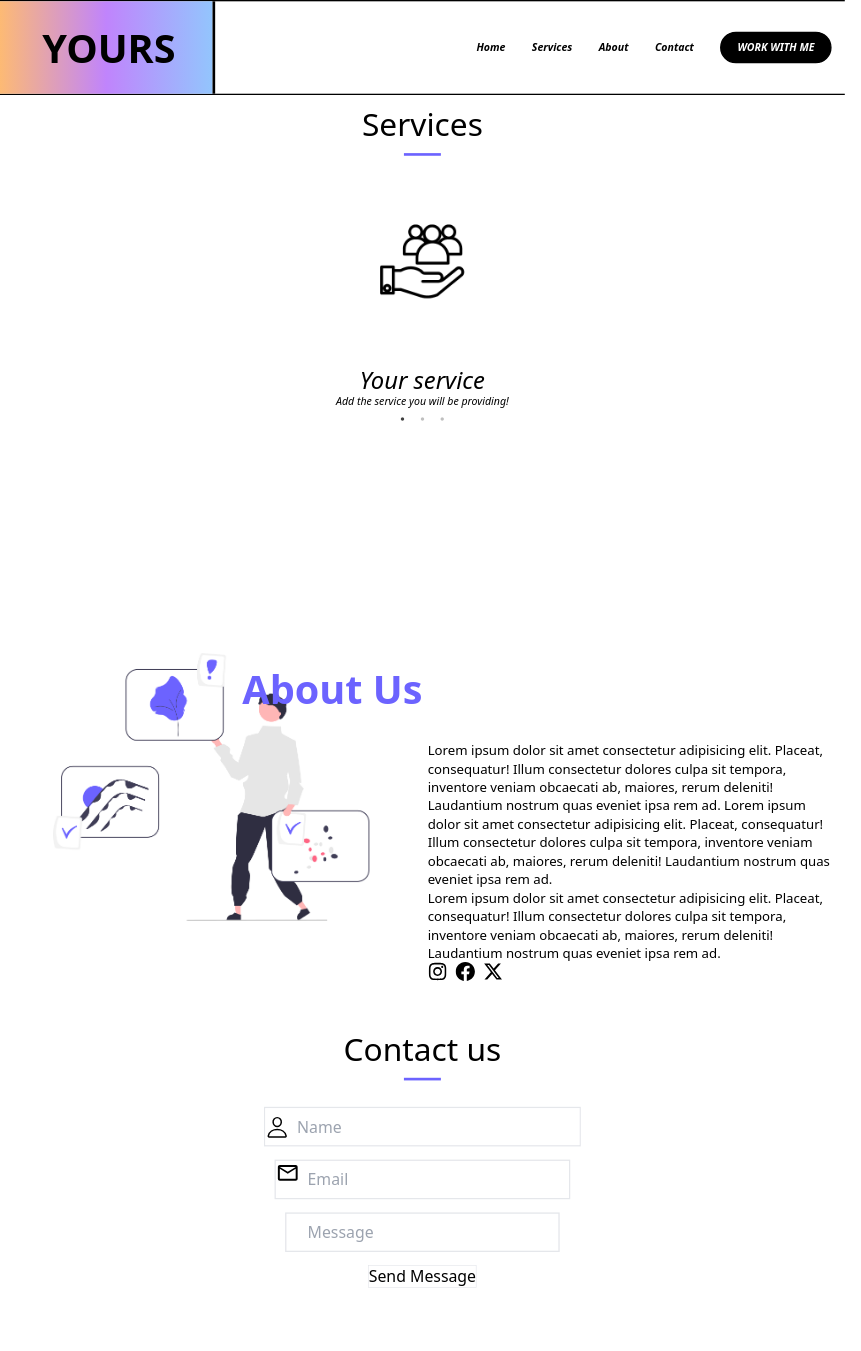
Repository: Al123Kudayyd/eportfolio
Page: /
An editor plug-in stored every save of this project. The page is shown before and after the next save, followed by the edit.
The browser window is 1280 px wide. The page is 1305 px wide, so the pictures cover 1305 px, including what lies to the right of the window. The pictures show the whole page, at 66% of full size.
The project was rebuilt for these pictures with package versions that can differ from the ones it lists, and the page was loaded fresh each time. Also part of the build but not shown: src/components/AboutService.jsx.

Above is the page before, as saved 2024-02-27 11:13:12.

### src/App.js
import logo from './logo.svg';
import './App.css';
import Nav from './components/Nav';
import Services from './components/Services';
import About from './components/About';
import Contact from './components/Contact';

function App() {
  return (
    <div className="App">
      <Nav />
      <Services />
      <About />
      <Contact />
    </div>
  );
}

export default App;

### src/components/Nav.jsx
import React from 'react'

function Nav() {
  return (
    <div className=' border-y-2 border-black sticky top-0 z-10'>
        <div className='flex justify-between'>
            <h1 className='font-bold py-10 pl-16 lg:text-6xl text-4xl border-r-4 pr-14 border-black bg-gradient-to-r from-orange-300 via-purple-400 to-blue-300'>YOURS</h1>
            <ul className='italic hidden lg:flex justify-center items-center space-x-10 cursor-pointer mx-5 text-md font-semibold transp'>
                <li className='hover:text-gray-500 transition-all duration-300 '>Home</li>
                <li className='hover:text-gray-500 transition-all duration-300'>Services</li>
                <li className='hover:text-gray-500 transition-all duration-300'>About</li>
                <li className='hover:text-gray-500 transition-all duration-300'>Contact</li>
                <li className='bg-black text-white px-6 py-[10px] border-2 border-black hover:bg-white rounded-3xl
                hover:text-black transition-all duration-300'>
                    WORK WITH ME
                </li>
            </ul>
        </div>
    </div>
  )
}

export default Nav

### src/components/Services.jsx
import React from 'react'
import "slick-carousel/slick/slick.css";
import "slick-carousel/slick/slick-theme.css";
import Slider from "react-slick";
import service from '../assests/service.png'
import service1 from '../assests/service1.png'
import service2 from '../assests/service2.png'

function Services() {
  var settings = {
    dots: true,
    infinite: true,
    speed: 500,
    slidesToShow: 1,
    slidesToScroll: 1,
  };

  return (
    <div className=''>
        <h1 className='text-5xl py-5'>Services</h1>
        <div className='h-1 flex justify-center m-auto w-14 bg-[#6C63FF] text-center'></div>
        <div className='min-h-[400px] lg:min-h-[700px] text-center '>
        <Slider className='text-black  italic' {...settings}>
      <div className='relative'>
        <img src={service} className='w-1/4 translate-x-[150%]' alt="" />
        <h1 className='text-xl lg:text-4xl'>Your service</h1>
        <p className='text-md'>Add the service you will be providing!</p>
      </div>
      <div>
        <img src={service1} className='w-1/4 translate-x-[150%]' alt="" />
        <h3 className='text-xl lg:text-4xl'>Your Serivce</h3>
        <p className='text-md'>Add the service you will be providing!</p>
      </div>
      <div>
        <img src={service2} className='w-1/4 translate-x-[150%]' alt="" />
        <h3 className='text-xl lg:text-4xl'>Your Serivce</h3>
        <p className='text-md'>Add the service you will be providing!</p>
      </div>
      </Slider>
        </div>
    </div>
  )
}

export default Services

### src/components/About.jsx
import AboutService from './AboutService'
import { IoPersonOutline } from "react-icons/io5";
import { MdOutlineEmail } from "react-icons/md";
import { IoCheckmarkOutline } from "react-icons/io5";
import about from '../assests/about.png'
import { FaInstagram, FaFacebook} from "react-icons/fa";
import { FaXTwitter } from "react-icons/fa6";

function About() {
  return (
    <div className='relative '>
      <div className='lg:flex'>
        <img src={about} className='w-[100%] lg:w-[50%]' />
        <h1 className='text-3xl lg:text-6xl font-semibold text-[#6C63FF] absolute top-[15%] right-[2%] lg:top-[15%] lg:right-[50%]'>About Us</h1>
        <div className=''>
          <p className='absolute lg:top-[35%] lg:w-1/2 text-left p-6 lg:p-2 text-xl'>Lorem ipsum dolor sit amet consectetur adipisicing elit. Placeat, consequatur! Illum consectetur dolores culpa sit tempora, inventore veniam obcaecati ab, maiores, rerum deleniti! Laudantium nostrum quas eveniet ipsa rem ad.
          Lorem ipsum dolor sit amet consectetur adipisicing elit. Placeat, consequatur! Illum consectetur dolores culpa sit tempora, inventore veniam obcaecati ab, maiores, rerum deleniti! Laudantium nostrum quas eveniet ipsa rem ad.
          <br />
          Lorem ipsum dolor sit amet consectetur adipisicing elit. Placeat, consequatur! Illum consectetur dolores culpa sit tempora, inventore veniam obcaecati ab, maiores, rerum deleniti! Laudantium nostrum quas eveniet ipsa rem ad.
          </p>
          <div className='absolute lg:top-[100%] cursor-pointer top-[310%] p-6 flex justify-center items-center space-x-3 lg:left-[50%] text-3xl lg:p-2'>
            <a href=""><FaInstagram /></a>
            <a href=""><FaFacebook /></a>
            <a href=""><FaXTwitter /></a>
          </div>
        </div>
      </div>
    </div>
  )
}

export default About

### src/components/Contact.jsx
import React from 'react'
import { IoPersonOutline } from "react-icons/io5";
import { MdOutlineEmail } from "react-icons/md";

function Contact() {
  return (
    <div className='my-24'>
        <h1 className='text-5xl py-5'>Contact us</h1>
        <div className='h-1 flex justify-center m-auto w-14 bg-[#6C63FF] text-center'></div>
        <div className='my-10'>
            <form className='flex flex-col items-center relative text-2xl space-y-5'>
                <div className='realtive border-2'>
                    <input type="text" placeholder='Name' className='pl-12 pr-20 py-3' />
                    <IoPersonOutline className='absolute top-[5%] text-4xl' />
                </div>
                <div className='realtive border-2'>
                    <input type="email" placeholder='Email' className='px-12 py-3' />
                    <MdOutlineEmail className='absolute text-4xl top-[30%]' />
                </div>
                <input type="text" className='border-2 px-8 py-3' placeholder='Message' />
                <button type='submit' className='border'>Send Message</button>
            </form>
        </div>
    </div>
  )
}

export default Contact

### tailwind.config.js
/** @type {import('tailwindcss').Config} */
module.exports = {
  content: [
    "./src/App.js.{js,jsx,ts,tsx}",
    "./src/components/Nav.{js,jsx,ts,tsx}",
    "./src/components/Services.{js,jsx,ts,tsx}",
    "./src/components/About.{js,jsx,ts,tsx}",
    "./src/components/AboutService.{js,jsx,ts,tsx}",
    "./src/components/Contact.{js,jsx,ts,tsx}"
],
  theme: {
    extend: {},
  },
  plugins: [],
}

Loaded but not shown: public/index.html (common file); src/index.js (common file); src/index.css (common file); src/reportWebVitals.js (common file); src/App.css (common file)

After the next save:
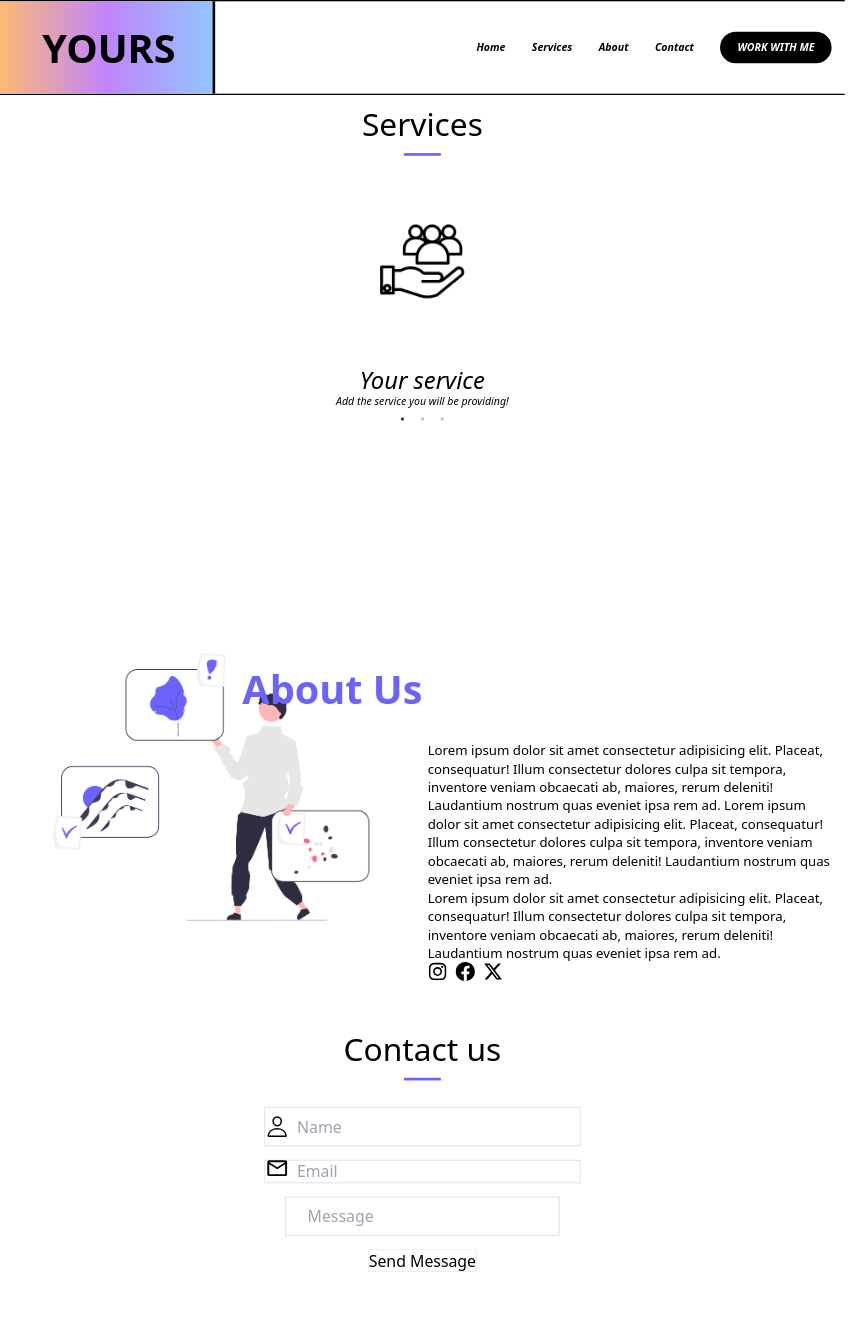
Saved 14 s later.
--- a/src/components/Contact.jsx
+++ b/src/components/Contact.jsx
@@ -14,7 +14,7 @@ function Contact() {
                     <IoPersonOutline className='absolute top-[5%] text-4xl' />
                 </div>
                 <div className='realtive border-2'>
-                    <input type="email" placeholder='Email' className='px-12 py-3' />
+                    <input type="email" placeholder='Email' className='pl-12 pr-20' />
                     <MdOutlineEmail className='absolute text-4xl top-[30%]' />
                 </div>
                 <input type="text" className='border-2 px-8 py-3' placeholder='Message' />
